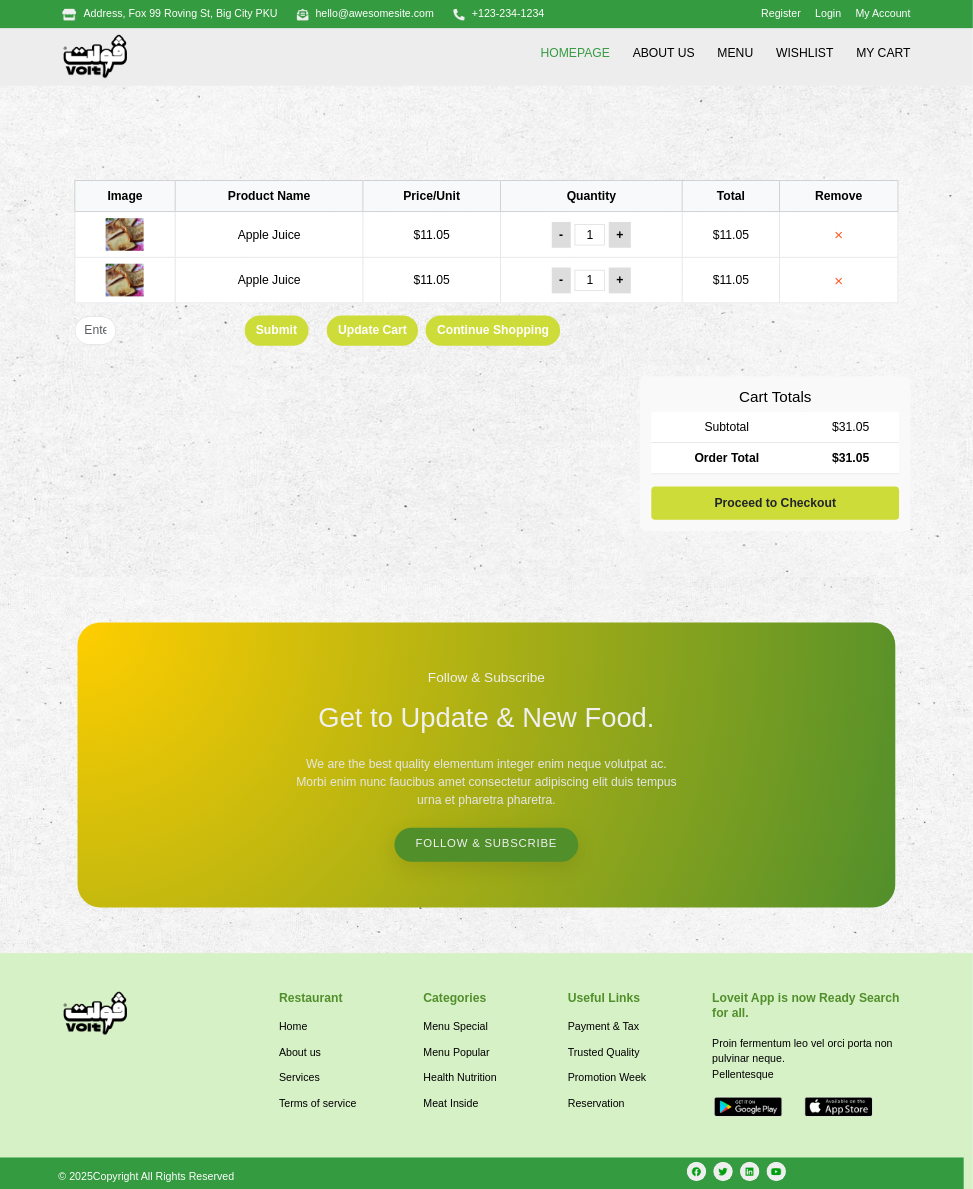
Repository: junivig/volt-new-project
Page: checkout.html
The author's editor kept a copy of each file at every save. The page is drawn from the files as they stood at one save, then again after the next save.
The browser window is 1280 px wide. The pictures show the whole page, at 76% of full size.

Above is the page before, as saved 2025-01-31 18:08:46.

### checkout.html
<!DOCTYPE html>
<html lang="en">

<head>
  <meta charset="utf-8">
  <meta content="width=device-width, initial-scale=1.0" name="viewport">
  <title>Checkout - Voltfood</title>
  <meta name="description" content="">
  <meta name="keywords" content="">

  <!-- Favicons -->
  <link href="assets/img/favicon.png" rel="icon">
  <link href="assets/img/apple-touch-icon.png" rel="apple-touch-icon">

  <!-- Fonts -->
  <link href="https://fonts.googleapis.com" rel="preconnect">
  <link href="https://fonts.gstatic.com" rel="preconnect" crossorigin>
  <link href="https://fonts.googleapis.com/css2?family=Roboto:ital,wght@0,100;0,300;0,400;0,500;0,700;0,900;1,100;1,300;1,400;1,500;1,700;1,900&family=Raleway:ital,wght@0,100;0,200;0,300;0,400;0,500;0,600;0,700;0,800;0,900;1,100;1,200;1,300;1,400;1,500;1,600;1,700;1,800;1,900&family=Ubuntu:ital,wght@0,300;0,400;0,500;0,700;1,300;1,400;1,500;1,700&display=swap" rel="stylesheet">

  <!-- Vendor CSS Files -->
  <link href="assets/vendor/bootstrap/css/bootstrap.min.css" rel="stylesheet">
  <link href="assets/vendor/bootstrap-icons/bootstrap-icons.css" rel="stylesheet">
  <link href="assets/vendor/aos/aos.css" rel="stylesheet">
  <link href="assets/vendor/glightbox/css/glightbox.min.css" rel="stylesheet">
  <link href="assets/vendor/swiper/swiper-bundle.min.css" rel="stylesheet">

  <!-- Main CSS File -->
  <link href="assets/css/main.css" rel="stylesheet">

  <!-- =======================================================
  * Template Name: eNno
  * Template URL: https://bootstrapmade.com/enno-free-simple-bootstrap-template/
  * Updated: Aug 07 2024 with Bootstrap v5.3.3
  * Author: BootstrapMade.com
  * License: https://bootstrapmade.com/license/
  ======================================================== -->
</head>

<body class="index-page">

  <header id="header" class="header ">
    <div class="container-fluid  top-header">
      <div class="container-xl">
          <div class="row align-items-center">
              <div class="col-md-8 d-flex align-items-center">
                <nav id="navmenu" class="navmenu">
                  <ul>
                <li class="">
                  <img src="assets/img/location-icon.png" alt="Location Icon" class="icon-right">
                  <span class="top-header-text">Address, Fox 99 Roving St, Big City PKU</span>
              </li>
                <li class="">
                  <img src="assets/img/email-icon.png" alt="Email Icon" class="icon-right">
                  <span class="top-header-text">hello@awesomesite.com</span>
              </li>
              <li class="">
                <img src="assets/img/phone-icon.png" alt="Phone Icon" class="icon-right">
                <span class="top-header-text">+123-234-1234</span>
            </li>
                  </ul>
                </nav>
              </div>
              <div class="col-md-4 text-end">
                  <a href="#" >Register</a>
                  <a href="#">Login</a>
                  <a href="#">My Account</a>
              </div>
          </div>
        </div>
  </div>
    <div class="container-fluid container-xl position-relative d-flex align-items-center">

      <a href="index.html" class="logo d-flex align-items-center me-auto">

        <img src="assets/img/logo.png" alt="Logo Image">
      </a>

      <nav id="navmenu" class="navmenu">
        <ul>
          <li><a href="index.html" class="active">HOMEPAGE</a></li>
          <li><a href="about.html">ABOUT US</a></li>
          <li><a href="menu.html">MENU</a></li>
          <li><a href="#">WISHLIST</a></li>
          <li><a href="#">MY CART</a></li>
          <!-- <li class="dropdown"><a href="#"><span>Dropdown</span> <i class="bi bi-chevron-down toggle-dropdown"></i></a>
            <ul>
              <li><a href="#">Dropdown 1</a></li>
              <li class="dropdown"><a href="#"><span>Deep Dropdown</span> <i class="bi bi-chevron-down toggle-dropdown"></i></a>
                <ul>
                  <li><a href="#">Deep Dropdown 1</a></li>
                  <li><a href="#">Deep Dropdown 2</a></li>
                  <li><a href="#">Deep Dropdown 3</a></li>
                  <li><a href="#">Deep Dropdown 4</a></li>
                  <li><a href="#">Deep Dropdown 5</a></li>
                </ul>
              </li>
              <li><a href="#">Dropdown 2</a></li>
              <li><a href="#">Dropdown 3</a></li>
              <li><a href="#">Dropdown 4</a></li>
            </ul>
          </li> -->
        </ul>
        <i class="mobile-nav-toggle d-xl-none bi bi-list"></i>
      </nav>

      <!-- <a class="btn-getstarted" href="index.html#about">Get Started</a> -->

    </div>
  </header>

  <main class="main">


        <!-- Checkout Section -->
        <section id="testimonials" class="testimonials section light-background bg-image">
            <div class="container mt-5">
                <div class="row">
                    <div class="">
                        <!-- Cart Table -->
                        <div class="cart-table p-3">
                            <table class="table table-bordered">
                                <thead class="table-light">
                                    <tr>
                                        <th>Image</th>
                                        <th>Product Name</th>
                                        <th>Price/Unit</th>
                                        <th>Quantity</th>
                                        <th>Total</th>
                                        <th>Remove</th>
                                    </tr>
                                </thead>
                                <tbody>
                                    <tr>
                                        <td><img src="assets/img/breakfast.png" alt="Apple"></td>
                                        <td>Apple Juice</td>
                                        <td>$11.05</td>
                                        <td>
                                            <div class="quantity-control">
                                                <button class="decrease">-</button>
                                                <input type="text" value="1">
                                                <button class="increase">+</button>
                                            </div>
                                        </td>
                                        <td>$11.05</td>
                                        <td><span class="remove-btn">&times;</span></td>
                                    </tr>
                                    <tr>
                                        <td><img src="assets/img/breakfast.png" alt="Apple"></td>
                                        <td>Apple Juice</td>
                                        <td>$11.05</td>
                                        <td>
                                            <div class="quantity-control">
                                                <button class="decrease">-</button>
                                                <input type="text" value="1">
                                                <button class="increase">+</button>
                                            </div>
                                        </td>
                                        <td>$11.05</td>
                                        <td><span class="remove-btn">&times;</span></td>
                                    </tr>
                                </tbody>
                            </table>

                            <!-- Coupon Code Section -->
                            <div class="d-flex justify-content-between align-items-center">
                                <div class="row">
                                    <div class="col-lg-6 col-md-6 col-sm-12">
                                        <div class="d-flex justify-content-between align-items-center">
                                            <input type="text" class="form-control coupon-code" placeholder="Enter Coupon Code">
                                             <button class="btn btn-custom">Submit</button>
                                        </div>
                                    </div>
                                    <div class="col-lg-6 col-md-6 col-sm-12">
                                        <div class="d-flex justify-content-between align-items-center">
                                            <button class="btn btn-custom">Update Cart</button>
                                            <button class="btn btn-custom">Continue Shopping</button>
                                        </div>
                                    </div>
                                </div>


                            </div>
                        </div>
                    </div>


                </div>
                <div class="row mt-4">
                    <!-- Cart Totals Section -->
                     <div class="col-lg-8"></div>
                    <div class="col-lg-4 text-end">
                        <div class="cart-summary">
                            <h5>Cart Totals</h5>
                            <table class="table">
                                <tr>
                                    <td>Subtotal</td>
                                    <td>$31.05</td>
                                </tr>
                                <tr>
                                    <td><strong>Order Total</strong></td>
                                    <td><strong>$31.05</strong></td>
                                </tr>
                            </table>
                            <button class="btn proceed-btn w-100">Proceed to Checkout</button>
                        </div>
                    </div>
                </div>
            </div>
        </section>
      <!-- /Checkout Section -->


  </main>





 <!-- /Subscribe Footer Section -->
 <section class="bg-image">
  <div class="footer-newsletter">
    <div class="container">
      <div class="row justify-content-center text-center">
        <div class="col-lg-6">
          <p class="footer-newsletter-sub-heading">Follow & Subscribe</p>
          <h4 class="footer-newsletter-heading">Get to Update & New Food.</h4>
          <p class="footer-newsletter-text">We are the best quality elementum integer enim neque volutpat ac. Morbi enim nunc
            faucibus amet consectetur adipiscing elit duis tempus urna et pharetra pharetra.</p>
            <div class="mt-4">
            <a href="#about" class="subscribe-button">FOLLOW & SUBSCRIBE</a>
          </div>
        </div>
      </div>
    </div>
  </div>
</section><!-- /Subscribe Footer Section -->

  <footer id="footer" class="footer">



    <div class="container footer-top">
      <div class="row gy-4">
        <div class="col-lg-3 col-md-6 footer-about">
          <a href="index.html" class="logo d-flex align-items-center me-auto">
            <img src="assets/img/logo.png" alt="Logo Image">
          </a>

        </div>

        <div class="col-lg-2 col-md-3 footer-links">
          <h4 class="footer-pages-heading">Restaurant</h4>
          <ul>
            <li> <a href="#">Home</a></li>
            <li> <a href="#">About us</a></li>
            <li> <a href="#">Services</a></li>
            <li> <a href="#">Terms of service</a></li>
          </ul>
        </div>

        <div class="col-lg-2 col-md-3 footer-links">
          <h4 class="footer-pages-heading">Categories</h4>
          <ul>
            <li> <a href="#">Menu Special</a></li>
            <li> <a href="#">Menu Popular</a></li>
            <li> <a href="#">Health Nutrition</a></li>
            <li> <a href="#">Meat Inside</a></li>
          </ul>
        </div>
        <div class="col-lg-2 col-md-3 footer-links">
          <h4 class="footer-pages-heading">Useful Links</h4>
          <ul>
            <li> <a href="#">Payment & Tax</a></li>
            <li> <a href="#">Trusted Quality</a></li>
            <li> <a href="#">Promotion Week</a></li>
            <li> <a href="#">Reservation</a></li>
          </ul>
        </div>

        <div class="col-lg-3 col-md-12">
          <h4 class="footer-pages-heading">Loveit App is now Ready Search for all.</h4>
          <p>Proin fermentum leo vel orci porta non pulvinar neque. <br> Pellentesque</p>
          <div class="row">
            <div class="col-lg-5 col-md-6 col-sm-12">
              <img src="assets/img/android.png" alt="Google Play Image" class="mobile-app-image">
           </div>
           <div class="col-lg-5 col-md-6 col-sm-12">
            <img src="assets/img/apple.png" alt="Apple Store Image" class="mobile-app-image">
         </div>
        </div>

      </div>
    </div>
    </div>
    <div class="row copyright mt-4">
      <div class="row">
      <div class="col-lg-6 col-md-12 col-sm-12">
        <p class="mt-2">© 2025<span>Copyright All Rights Reserved</span></p>
      </div>
      <div class="col-lg-3 col-md-12 col-md-12">
      </div>
      <div class="col-lg-3 col-md-12 col-md-12 social-media-icons">
        <div class="social-links d-flex text-end">
          <a href=""><img src="assets/img/facebook.png" alt="Logo Image"></a>
          <a href=""><img src="assets/img/twitter.png" alt="Logo Image"></a>
          <a href=""><img src="assets/img/linkedin.png" alt="Logo Image"></i></a>
          <a href=""><img src="assets/img/youtube.png" alt="Logo Image"></i></a>
        </div>
      </div>
      </div>
    </div>
  </footer>

  <!-- Scroll Top -->
  <a href="#" id="scroll-top" class="scroll-top d-flex align-items-center justify-content-center"><i class="bi bi-arrow-up-short"></i></a>

  <!-- Preloader -->
  <div id="preloader"></div>

  <!-- Vendor JS Files -->
  <script src="assets/vendor/bootstrap/js/bootstrap.bundle.min.js"></script>
  <script src="assets/vendor/php-email-form/validate.js"></script>
  <script src="assets/vendor/aos/aos.js"></script>
  <script src="assets/vendor/glightbox/js/glightbox.min.js"></script>
  <script src="assets/vendor/purecounter/purecounter_vanilla.js"></script>
  <script src="assets/vendor/imagesloaded/imagesloaded.pkgd.min.js"></script>
  <script src="assets/vendor/isotope-layout/isotope.pkgd.min.js"></script>
  <script src="assets/vendor/swiper/swiper-bundle.min.js"></script>
  <script>
    fetch("footer.html")
      .then(response => response.text())
      .then(data => document.getElementById("footer-placeholder").innerHTML = data)
      .catch(error => console.error("Error loading the footer:", error));
  </script>

  <!-- Main JS File -->
  <script src="assets/js/main.js"></script>
  <script>
    document.addEventListener("DOMContentLoaded", function () {
        document.querySelectorAll(".quantity-control button").forEach(button => {
            button.addEventListener("click", function () {
                let input = this.parentElement.querySelector("input");
                let value = parseInt(input.value);
                if (this.classList.contains("increase")) {
                    input.value = value + 1;
                } else if (this.classList.contains("decrease") && value > 1) {
                    input.value = value - 1;
                }
            });
        });

        document.querySelectorAll(".remove-btn").forEach(button => {
            button.addEventListener("click", function () {
                this.closest("tr").remove();
            });
        });
    });
</script>

</body>

</html>

### footer.html
<!-- Subscribe Footer Section -->
<section class="bg-image">
    <div class="footer-newsletter">
      <div class="container">
        <div class="row justify-content-center text-center">
          <div class="col-lg-6">
            <p class="footer-newsletter-sub-heading">Follow & Subscribe</p>
            <h4 class="footer-newsletter-heading">Get to Update & New Food.</h4>
            <p class="footer-newsletter-text">We are the best quality elementum integer enim neque volutpat ac. Morbi enim nunc
              faucibus amet consectetur adipiscing elit duis tempus urna et pharetra pharetra.</p>
            <div class="mt-4">
              <a href="#about" class="subscribe-button">FOLLOW & SUBSCRIBE</a>
            </div>
          </div>
        </div>
      </div>
    </div>
  </section>


  <footer id="footer" class="footer">
    <div class="container footer-top">
      <div class="row gy-4">
        <div class="col-lg-3 col-md-6 footer-about">
          <a href="index.html" class="logo d-flex align-items-center me-auto">
            <img src="assets/img/logo.png" alt="Logo Image">
          </a>
        </div>

        <div class="col-lg-2 col-md-3 footer-links">
          <h4 class="footer-pages-heading">Restaurant</h4>
          <ul>
            <li><a href="#">Home</a></li>
            <li><a href="#">About us</a></li>
            <li><a href="#">Services</a></li>
            <li><a href="#">Terms of service</a></li>
          </ul>
        </div>

        <div class="col-lg-2 col-md-3 footer-links">
          <h4 class="footer-pages-heading">Categories</h4>
          <ul>
            <li><a href="#">Menu Special</a></li>
            <li><a href="#">Menu Popular</a></li>
            <li><a href="#">Health Nutrition</a></li>
            <li><a href="#">Meat Inside</a></li>
          </ul>
        </div>

        <div class="col-lg-2 col-md-3 footer-links">
          <h4 class="footer-pages-heading">Useful Links</h4>
          <ul>
            <li><a href="#">Payment & Tax</a></li>
            <li><a href="#">Trusted Quality</a></li>
            <li><a href="#">Promotion Week</a></li>
            <li><a href="#">Reservation</a></li>
          </ul>
        </div>

        <div class="col-lg-3 col-md-12">
          <h4 class="footer-pages-heading">Loveit App is now Ready Search for all.</h4>
          <p>Proin fermentum leo vel orci porta non pulvinar neque. <br> Pellentesque</p>
          <div class="row">
            <div class="col-lg-5 col-md-6 col-sm-12">
              <img src="assets/img/android.png" alt="Google Play Image" class="mobile-app-image">
            </div>
            <div class="col-lg-5 col-md-6 col-sm-12">
              <img src="assets/img/apple.png" alt="Apple Store Image" class="mobile-app-image">
            </div>
          </div>
        </div>
      </div>
    </div>

    <div class="row copyright mt-4">
      <div class="row">
        <div class="col-lg-6 col-md-12 col-sm-12">
          <p class="mt-2">&copy; 2025 <span>Copyright All Rights Reserved</span></p>
        </div>
        <div class="col-lg-3 col-md-12 col-md-12"></div>
        <div class="col-lg-3 col-md-12 col-md-12 social-media-icons">
          <div class="social-links d-flex text-end">
            <a href=""><img src="assets/img/facebook.png" alt="Logo Image"></a>
            <a href=""><img src="assets/img/twitter.png" alt="Logo Image"></a>
            <a href=""><img src="assets/img/linkedin.png" alt="Logo Image"></a>
            <a href=""><img src="assets/img/youtube.png" alt="Logo Image"></a>
          </div>
        </div>
      </div>
    </div>
  </footer>

Loaded but not shown: assets/vendor/bootstrap/css/bootstrap.min.css (library); assets/vendor/bootstrap-icons/bootstrap-icons.css (library); assets/vendor/aos/aos.css (library); assets/vendor/glightbox/css/glightbox.min.css (library); assets/vendor/swiper/swiper-bundle.min.css (library); assets/vendor/bootstrap/js/bootstrap.bundle.min.js (library); assets/vendor/php-email-form/validate.js (common file); assets/vendor/aos/aos.js (library); assets/vendor/glightbox/js/glightbox.min.js (library); assets/vendor/purecounter/purecounter_vanilla.js (library); assets/vendor/imagesloaded/imagesloaded.pkgd.min.js (library); assets/vendor/isotope-layout/isotope.pkgd.min.js (library); assets/vendor/swiper/swiper-bundle.min.js (library); assets/js/main.js (209 lines, source omitted); assets/css/main.css (2443 lines, source omitted)

After the next save:
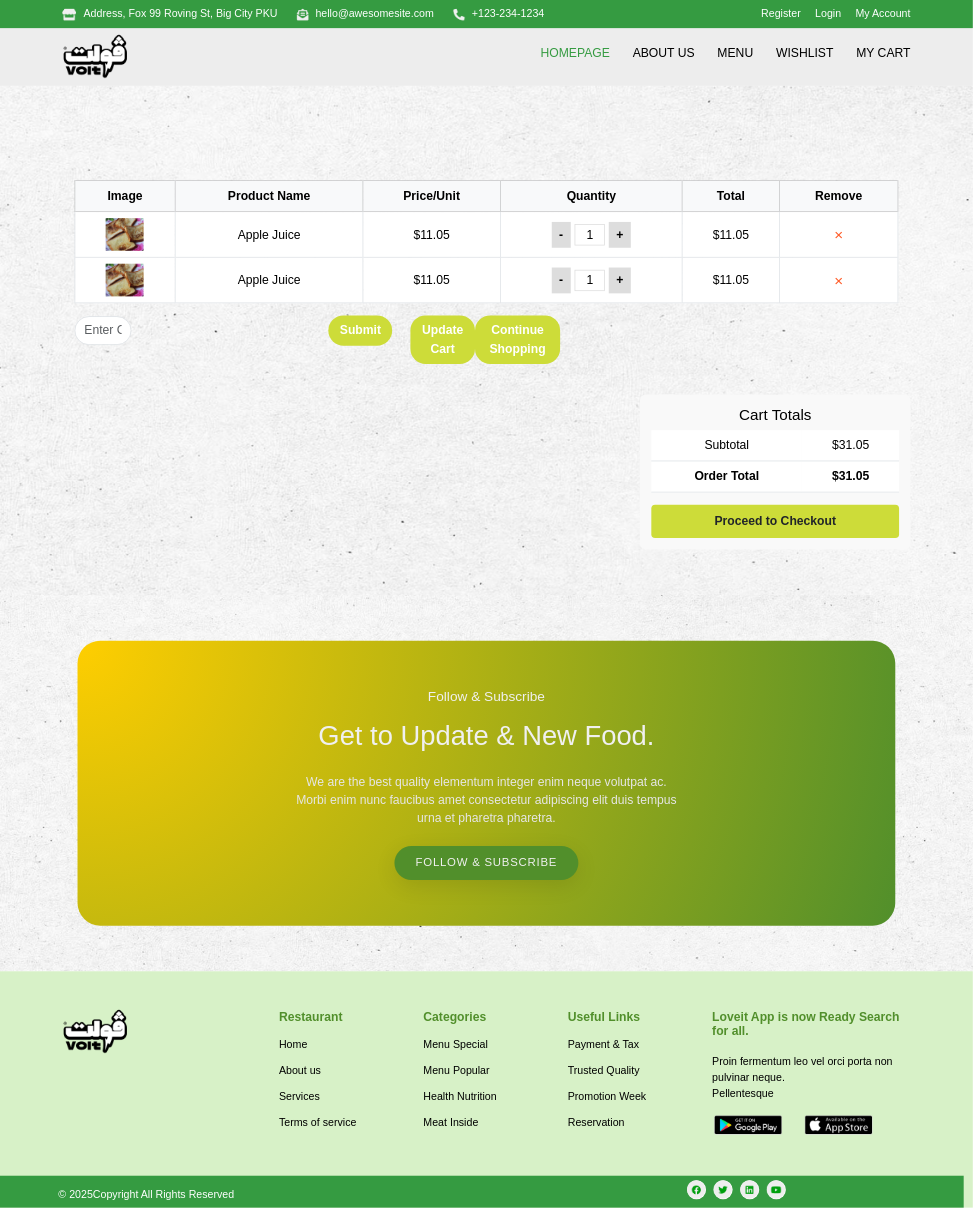
Saved 17 s later.
--- a/checkout.html
+++ b/checkout.html
@@ -164,13 +164,13 @@
                             <!-- Coupon Code Section -->
                             <div class="d-flex justify-content-between align-items-center">
                                 <div class="row">
-                                    <div class="col-lg-6 col-md-6 col-sm-12">
+                                    <div class="col-lg-8 col-md-8 col-sm-12">
                                         <div class="d-flex justify-content-between align-items-center">
                                             <input type="text" class="form-control coupon-code" placeholder="Enter Coupon Code">
                                              <button class="btn btn-custom">Submit</button>
                                         </div>
                                     </div>
-                                    <div class="col-lg-6 col-md-6 col-sm-12">
+                                    <div class="col-lg-4 col-md-4 col-sm-12">
                                         <div class="d-flex justify-content-between align-items-center">
                                             <button class="btn btn-custom">Update Cart</button>
                                             <button class="btn btn-custom">Continue Shopping</button>
